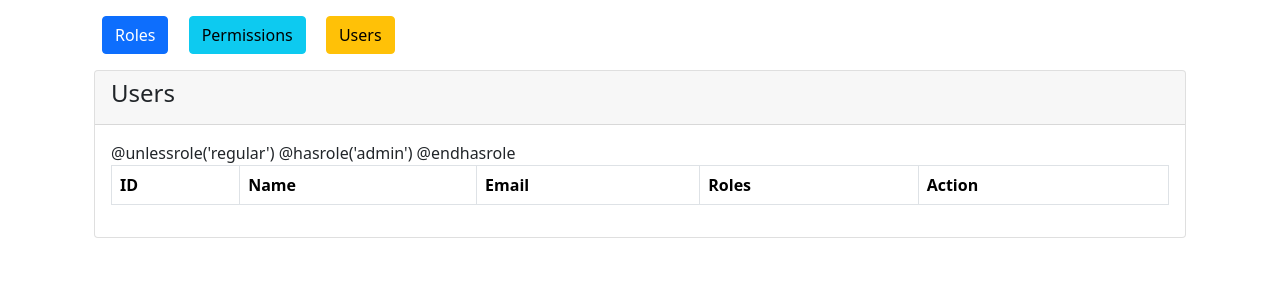
Repository: viisantos/permission_demo
Page: http://localhost/users
An editor plug-in stored every save of this project. The page is shown before and after a run of saves, followed by the edit.
The browser window is 1280 px wide. The pictures show the whole page.
The page is served by the project's Laravel application, run on PHP 8.4 with Laravel 10. Queries for data that is not in the repository find no rows.

Above is the page before, as saved 2024-05-25 21:42:17.

After the next 3 saves:
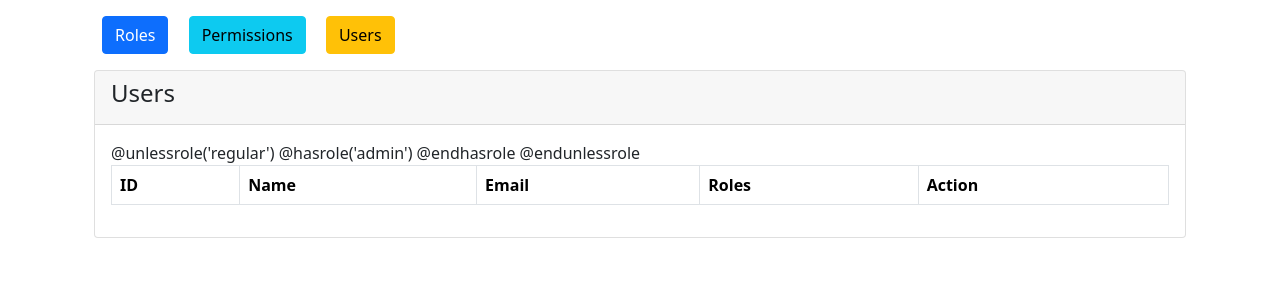
The 3 saves are shown as one change because they came seconds apart.
The last was saved 10 s later.
--- a/resources/views/role-permission/user/index.blade.php
+++ b/resources/views/role-permission/user/index.blade.php
@@ -28,10 +28,10 @@
                                 <th>Roles</th>
 
                                 @unlessrole('regular')
-                                @hasrole('admin')
-                                <th>Action</th>
-                                @endhasrole
-
+                                    @hasrole('admin')
+                                        <th>Action</th>
+                                    @endhasrole
+                                @endunlessrole
 
                             </tr>
                         </thead>
